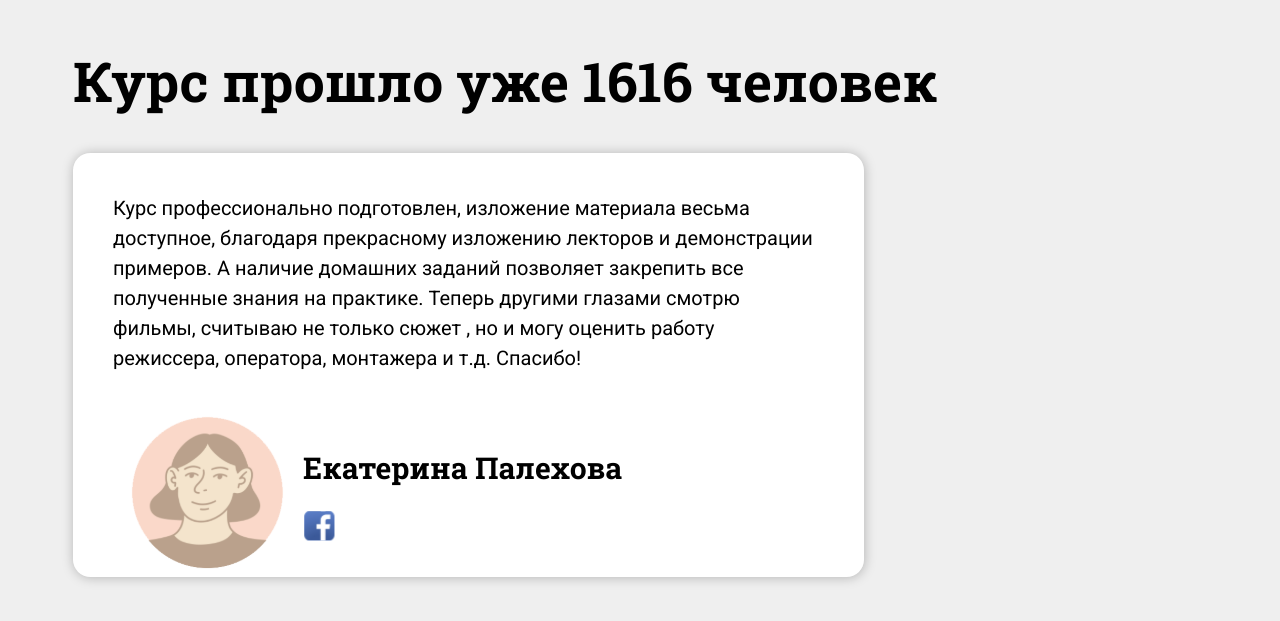
Repository: Solf555/task1
Page: index.html
An editor plug-in stored every save of this project. The page is shown before and after a run of saves, followed by the edit.
The browser window is 1280 px wide. The pictures show the whole page.

Above is the page before, as saved 2023-12-16 13:25:30.

### index.html
<!DOCTYPE html>
<html lang="en">
  <head>
    <meta charset="UTF-8" />
    <meta name="viewport" content="width=device-width, initial-scale=1.0" />
    <title>Document</title>
    <link rel="stylesheet" href="index.css" />
  </head>
  <body>
    <div class="parent-element">
      <h1>Курс прошло уже 1616 человек</h1>
      <div class="card">
        <p class="text1">
          Курс профессионально подготовлен, изложение материала весьма
          доступное, благодаря прекрасному изложению лекторов и демонстрации
          примеров. А наличие домашних заданий позволяет закрепить все
          полученные знания на практике. Теперь другими глазами смотрю фильмы,
          считываю не только сюжет , но и могу оценить работу режиссера,
          оператора, монтажера и т.д. Спасибо!
        </p>
        <div class="card2">
          <img class="person-image" src="images/1 9 (1).svg" alt="" />
          <div class="card3">
            <h2>Екатерина Палехова</h2>
            <img class="fb-image" src="./images/fb_2 1.svg" alt="" />
          </div>
        </div>
      </div>
    </div>
  </body>
</html>

### index.css
@import url("https://fonts.googleapis.com/css2?family=Roboto&family=Roboto+Slab:wght@700&display=swap");
* {
  margin: 0px;
  padding: 0px;
  box-sizing: border-box;
}

.parent-element {
  background-color: #efefef;
  padding: 53px 0px 65px 73px;
  min-height: 100vh;
}
h1 {
  color: #000;
  font-family: Roboto Slab;
  font-size: 32px;
  font-style: normal;
  font-weight: 700;
  line-height: 101.385%;
  margin-bottom: 44px;
}
.card {
  padding: 40px 46px 0 40px;
  border-radius: 17.375px;
  background: #fff;
  box-shadow: 0.579px 0.579px 11.583px 0px rgba(0, 0, 0, 0.25);
  width: 791px;
}
h1 {
  color: #000;
  font-family: Roboto Slab;
  font-size: 55px;
  font-style: normal;
  font-weight: 700;
  line-height: 101.385%; /* 55.762px */
}
.text1 {
  color: #000;
  font-family: Roboto;
  font-size: 20px;
  font-style: normal;
  font-weight: 400;
  line-height: 150%; /* 30px */
  margin-bottom: 35px;
}

.fb-image {
  width: 32px;
  height: 31px;
}
.person-image {
  /* padding-left: 30px; */
}

h2 {
  color: #000;
  font-family: Roboto Slab;
  font-size: 30px;
  font-style: normal;
  font-weight: 700;
  line-height: 101.385%; /* 30.415px */
  padding-top: 45px;
  padding-bottom: 28px;
}

.card2 {
  display: flex;
}

After the next 4 saves:
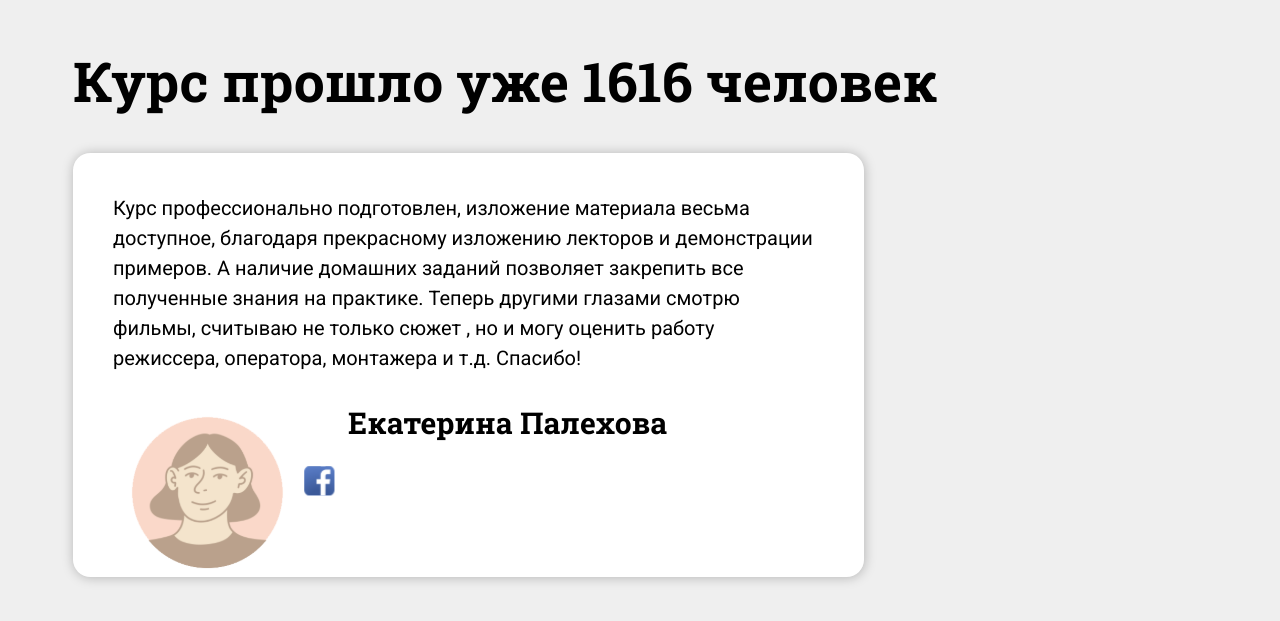
The 4 saves are shown as one change because they came seconds apart.
The last was saved 13 s later.
--- a/index.css
+++ b/index.css
@@ -59,8 +59,8 @@ h2 {
   font-style: normal;
   font-weight: 700;
   line-height: 101.385%; /* 30.415px */
-  padding-top: 45px;
-  padding-bottom: 28px;
+  margin-left: 45px;
+  margin-bottom: 28px;
 }
 
 .card2 {
